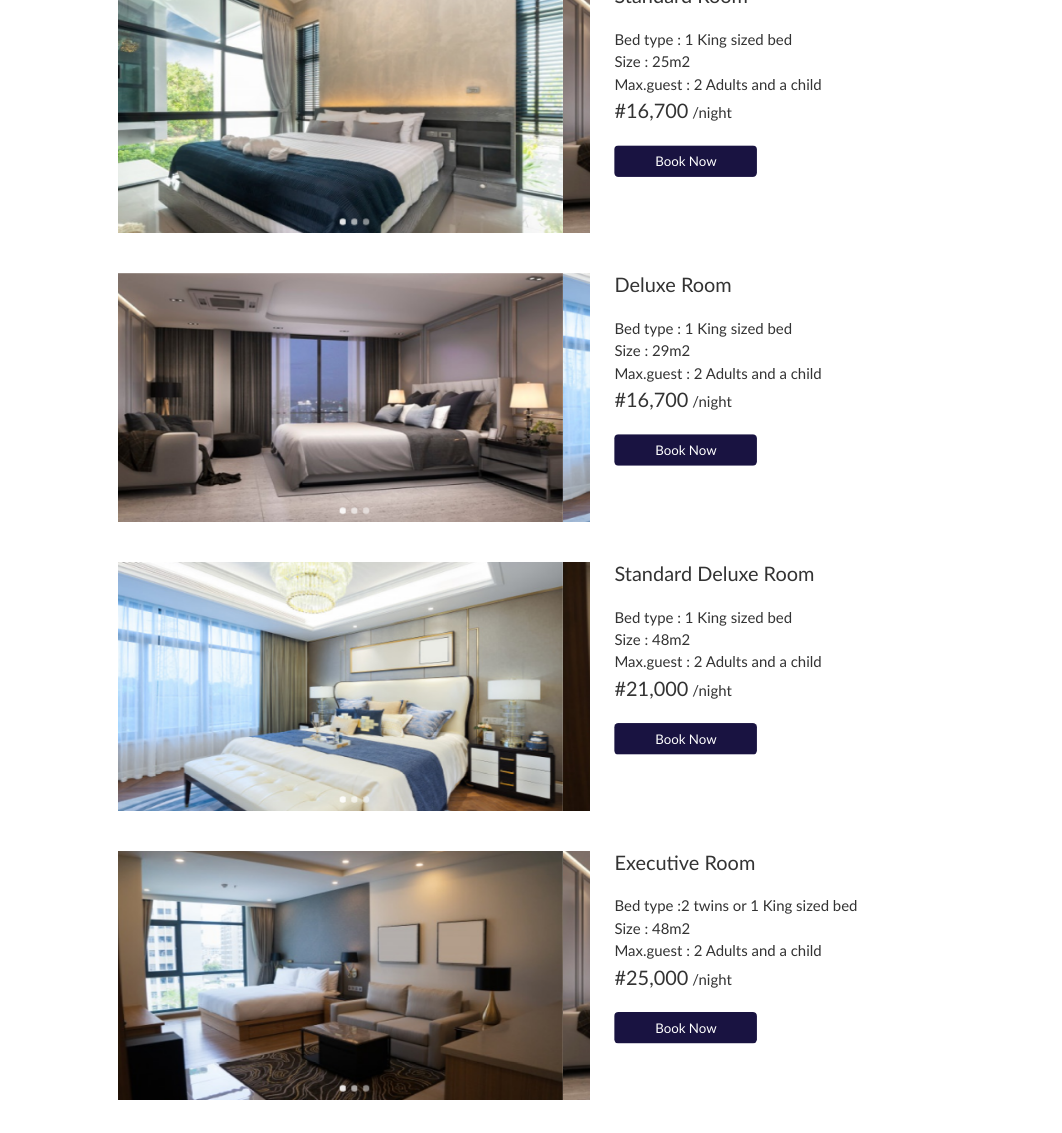
Repository: Syfon01/hotel-website
Page: index.html
The author's editor kept a copy of each file at every save. The page is drawn from the files as they stood at one save, then again after a run of saves.
The browser window is 1280 px wide. The pictures show the part of the page from y = 611 to 1976 px (the page is 3372 px tall before and 3415 px after), at 83% of full size.
Pictures or frames that could not be fetched are drawn as grey boxes.

Above is the page before, as saved 2020-06-09 17:43:24.

After the next 2 saves:
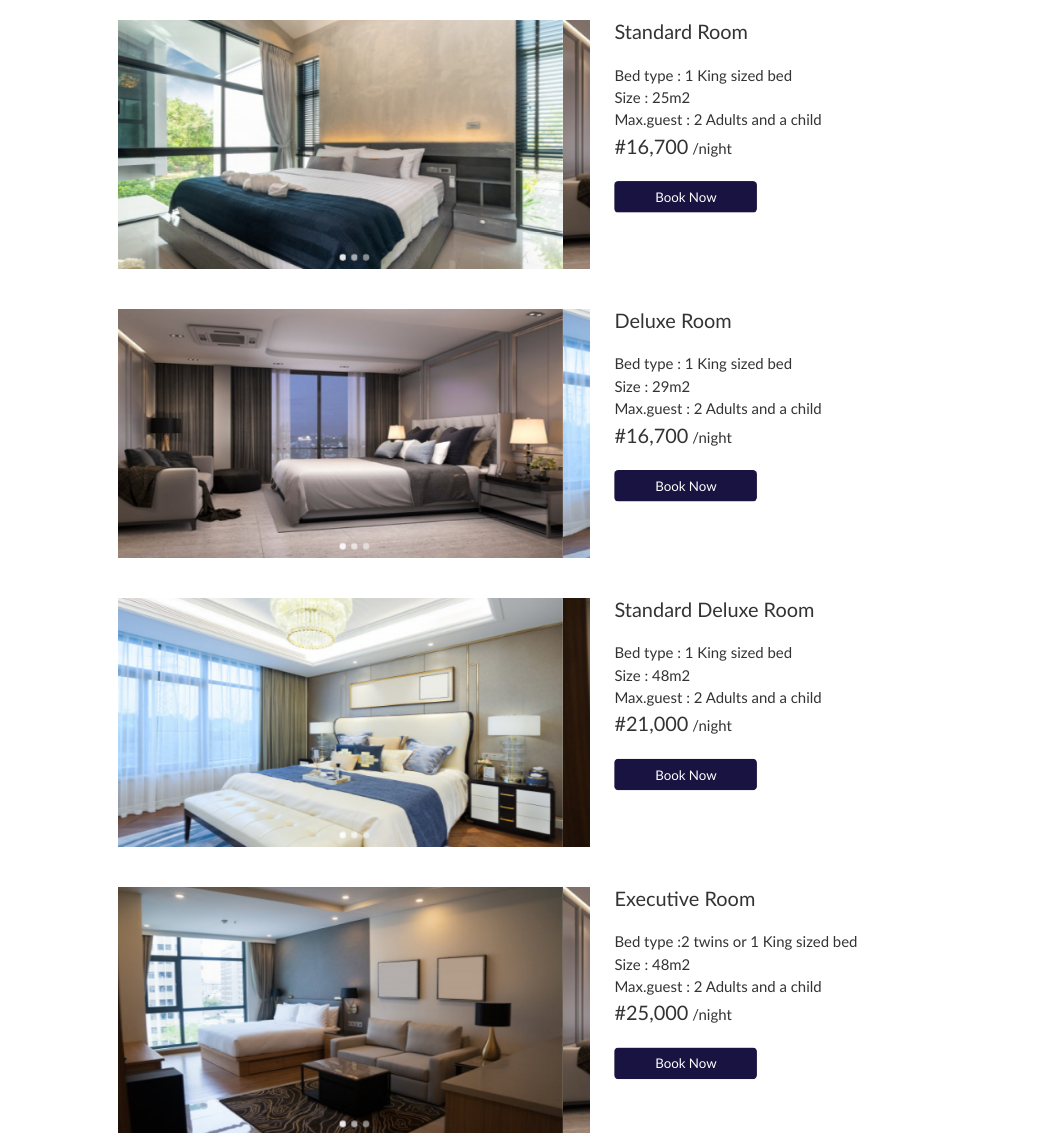
The 2 saves are shown as one change because they came seconds apart.
The last was saved 12 s later.
--- a/style.css
+++ b/style.css
@@ -18,7 +18,7 @@ a {
 
 .main__frame {
   width: 100%;
-  height: calc(79vh - 50px);
+  height: calc(85vh - 50px);
   background-image: url('https://res.cloudinary.com/syfon/image/upload/v1591642862/header.png');
   background-repeat: no-repeat;
   object-fit: cover;
